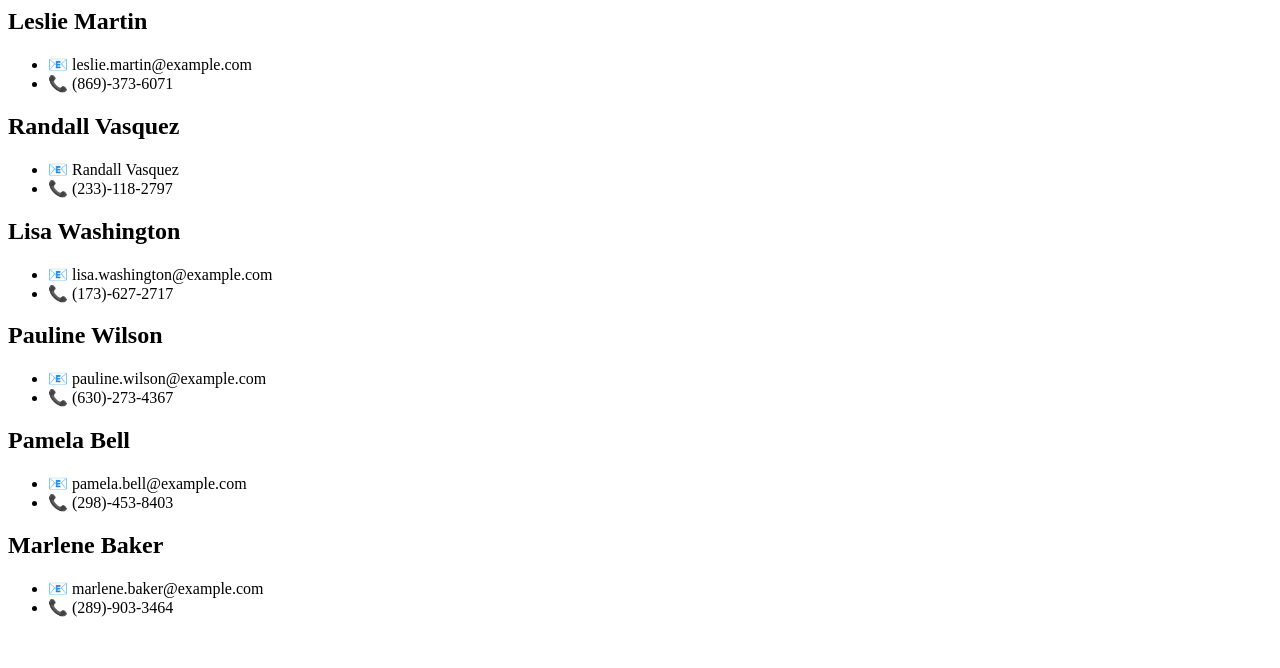
Repository: m0lt/modul_1
Page: 20250702_Aufgaben/Display-Level-2_1/index.html
The author's editor kept a copy of each file at every save. The page is drawn from the files as they stood at one save, then again after the next save.
The browser window is 1280 px wide. The pictures show the whole page.

Above is the page before, as saved 2025-07-03 06:32:26.

After the next save:
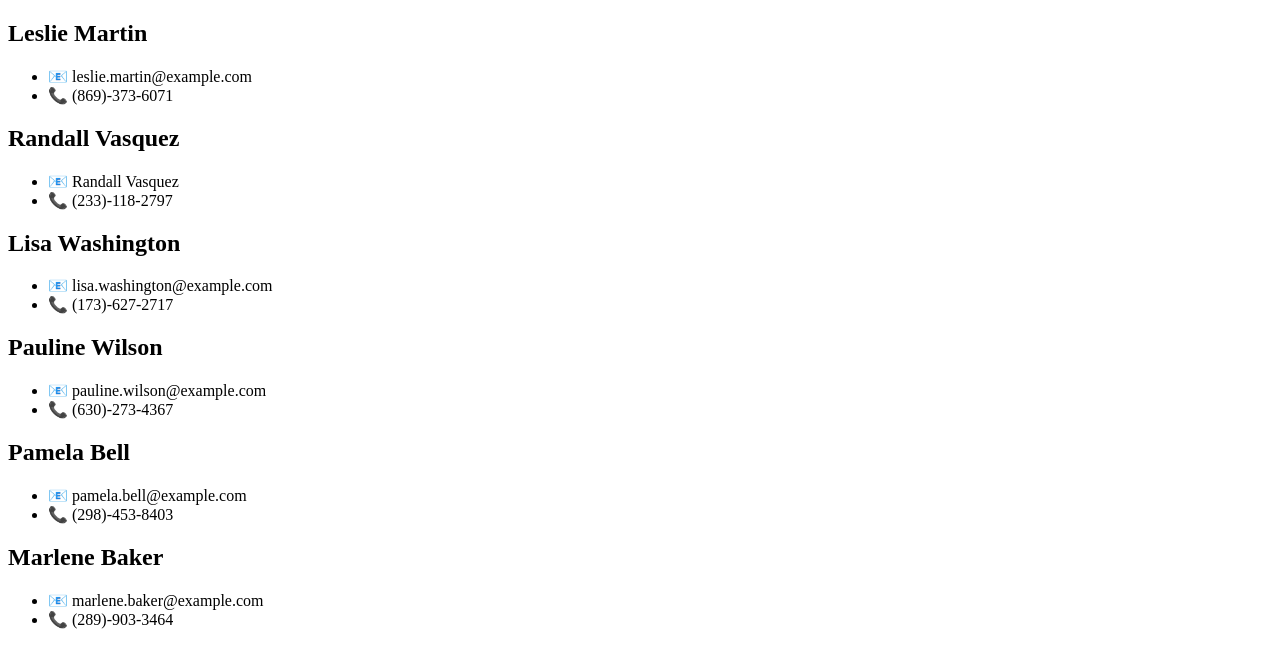
Saved 96 s later.
--- a/20250702_Aufgaben/Display-Level-2_1/index.html
+++ b/20250702_Aufgaben/Display-Level-2_1/index.html
@@ -1,3 +1,11 @@
+<!DOCTYPE html>
+<html lang="en">
+<head>
+    <meta charset="UTF-8">
+    <meta name="viewport" content="width=device-width, initial-scale=1.0">
+    <link rel="stylesheet" href="./assets/css/boxmodel.css">
+    <title>Document</title>
+</head>
 <body>
     <article>
         <h2>Leslie Martin</h2>
@@ -42,3 +50,4 @@
         </ul>
     </article>
 </body>
+</html>
